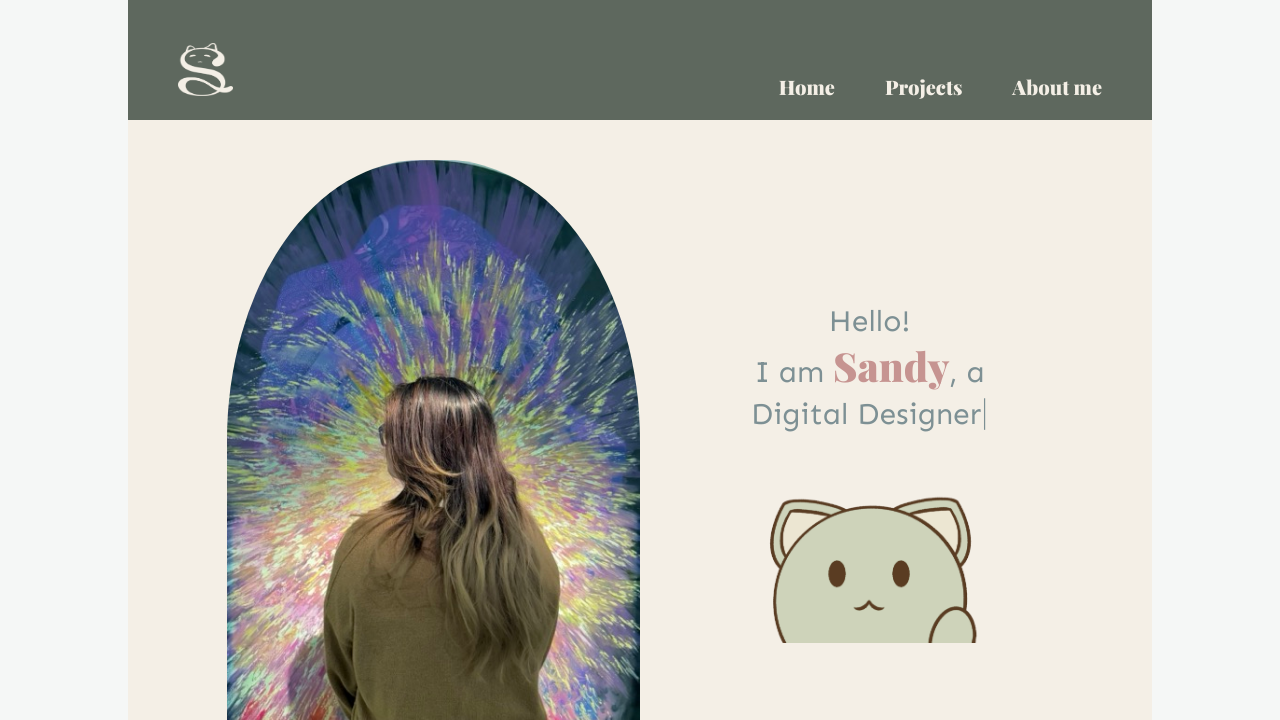
Repository: SandyLy453/portfolio
Page: /
The author's editor kept a copy of each file at every save. The page is drawn from the files as they stood at one save, then again after the next save.
The browser window is 1280 px wide. The pictures show the whole page.
An inner scrolling area shows only its first screen. The project was rebuilt for these pictures with package versions that can differ from the ones it lists, and the page was loaded fresh each time. The framework's server and built-in components were replaced by stand-ins that run in the browser. Also part of the build but not shown: next.config.mjs, modules/Footer/Footer.module.css, modules/Footer/Footer.js, modules/ProjectCard/ProjectCard.module.css, modules/ProjectCard/Projectcard.js.

Above is the page before, as saved 2025-02-17 18:10:19.

After the next save:
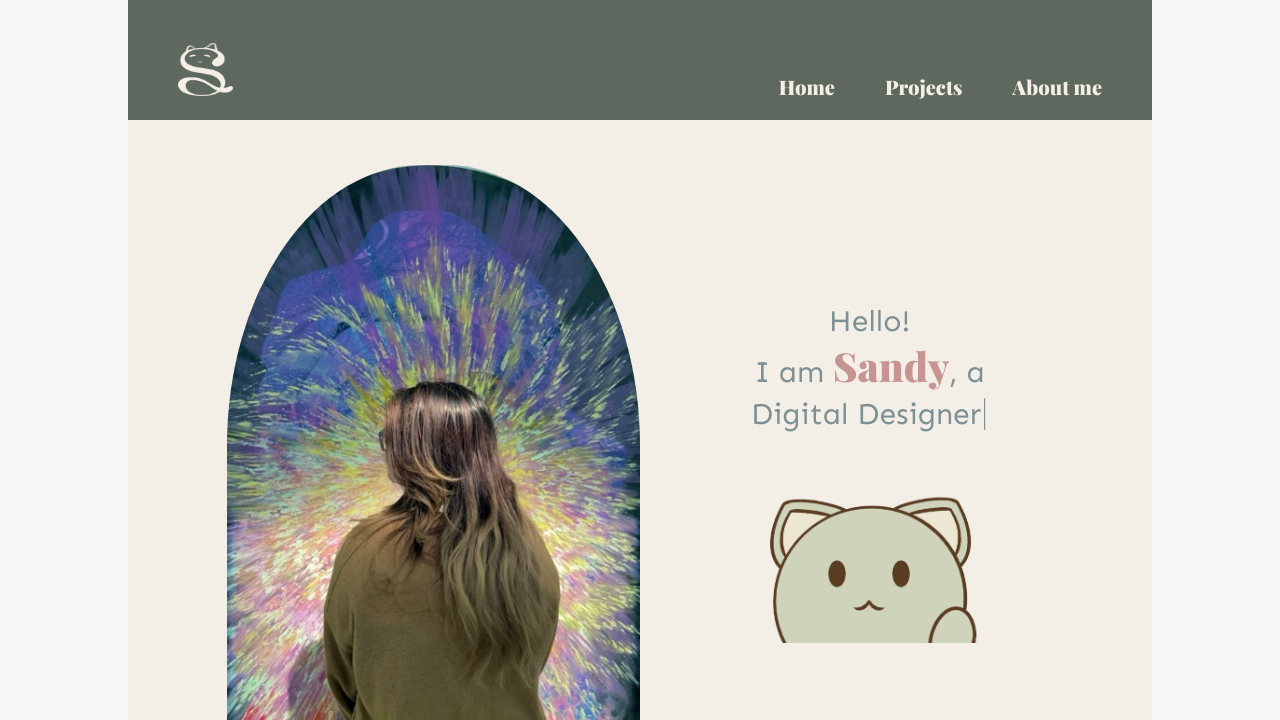
Saved 5 s later.
--- a/styles/Home.module.css
+++ b/styles/Home.module.css
@@ -201,7 +201,7 @@
     width: 90%;
     height: auto;
     margin: 0 0.5rem;
-    bottom: -40px;
+    bottom: -45px;
   }
 
   .info {
